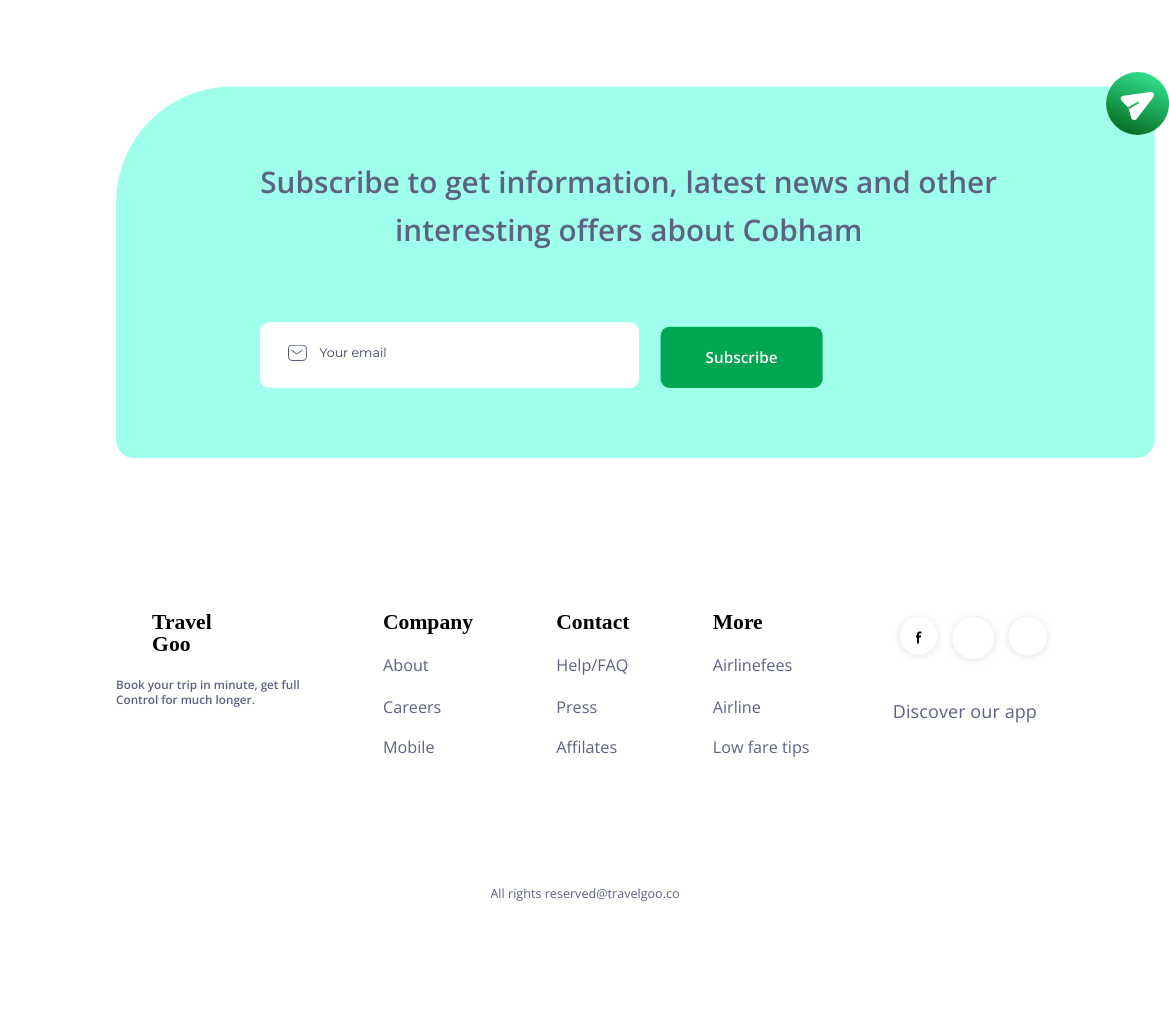
Repository: HeybetzadeQedim/task-5
Page: index.html
An editor plug-in stored every save of this project. The page is shown before and after a run of saves, followed by the edit.
The browser window is 1280 px wide. The page is 1299 px wide, so the pictures cover 1299 px, including what lies to the right of the window. The pictures show the whole page, at 90% of full size.
Some web fonts or font styles are not loaded; a fallback is used.

Above is the page before, as saved 2023-10-16 16:10:38.

### index.html
<!DOCTYPE html>
<html lang="en">
  <head>
    <meta charset="UTF-8" />
    <meta name="viewport" content="width=device-width, initial-scale=1.0" />
    <title>Document</title>
    <link rel="stylesheet" href="./index.css" />
  </head>
  <body>
    <div class="container">
      <div class="relative-container">
        <div class="box-container">
          <h1>
            Subscribe to get information, latest news and other interesting
            offers about Cobham
          </h1>

          <div class="flex-container">
            <div class="flex-container-2">
              <img src="images/Group 46.svg" />
              <p>Your email</p>
            </div>
            <div class="button-container">
              <p>Subscribe</p>
            </div>
          </div>
        </div>
        <div class="image-container">
          <img src="images/Group 77 (1).svg" />
        </div>
      </div>

      <div class="main-container">
        <div class="main-box">
          <div class="position-container">
            <h2>
              Travel<br />
              Goo
            </h2>
            <p>
              Book your trip in minute, get full<br />
              Control for much longer.
            </p>
          </div>


            <ul>
                <h2>Company</h2>
              <li>About</li>
              <li>Careers</li>
              <li>Mobile</li>
            </ul>

            <ul>
                <h2>Contact</h2>
              <li>Help/FAQ</li>
              <li>Press</li>
              <li>Affilates</li>
            </ul>
            <ul>
                <h2>More</h2>
              <li>Airlinefees</li>
              <li>Airline</li>
              <li>Low fare tips</li>
</ul>
          <div class="last-container">
            <div class="circle-box">
                <img src="images/Social.svg" />
                <img src="images/Background (1).svg" />
                <img src="images/Background (1).svg" />
            </div>
           <p>Discover our app</p>
            <!-- <img src="images/Play Store.svg" />
            <img src="images/Play Store.svg" /> -->
          </div>
        </div>
        <div class="footer-box">
          <p>All rights reserved@travelgoo.co</p>
        </div>
      </div>
    </div>
  </body>
</html>

### index.css
@import url("https://fonts.googleapis.com/css2?family=Laila:wght@700&family=Montserrat&family=Open+Sans:wght@400;600;700&display=swap");
* {
  padding: 0;
  margin: 0;
  box-sizing: border-box;
}
.container {
  padding: 96px 109px 64px 129px;
}
.box-container {
  padding: 79px 175px 78px 160px;
  border-radius: 0px 24px 0px 50px;
  display: inline-block;
  background: #9fffec;
  border-radius: 129px 20px 20px 20px;
}
.box-container h1 {
  width: 819px;
  color: var(--TEXT-CLR, #5e6282);
  text-align: center;
  font-family: Open Sans;
  font-size: 33px;
  font-style: normal;
  font-weight: 600;
  line-height: 54px; /* 163.636% */
}
.box-container img:first-child {
  width: 70px;
  height: 70px;
}
.image-container {
  position: absolute;
  top: -16px;
  right: 0;
}
.relative-container {
  width: 1170px;
  position: relative;
  margin-bottom: 170px;
}
.flex-container {
  display: flex;
}
.flex-container-2 {
  margin-top: 75px;
  padding: 25px 0 25px 31px;
  width: 421px;
  display: flex;
  border-radius: 10px;
  background: var(--white, #fff);
}
.flex-container-2 img:first-child {
  width: 21px;
  height: 18px;
}
.flex-container-2 p {
  margin-left: 14px;
  color: var(--TEXT-COLOR, #39425d);
  font-family: Montserrat;
  font-size: 14px;
  font-style: normal;
  font-weight: 400;
  line-height: normal;
}
.button-container p {
  margin-top: 80px;
  margin-left: 24px;
  padding: 22px 50px 23px 50px;
  border-radius: 10px;
  background-color: #00a651;
  display: inline-block;
  color: var(--white, #fff);
  text-align: center;
  font-family: Open Sans;
  font-size: 17px;
  font-style: normal;
  font-weight: 600;
  line-height: normal;
}
.main-container .main-box{
  display: flex;
  justify-content: space-between;
}
.position-container {
  /* position: absolute; */
}
.main-container h2 {
  margin-bottom: 25px;
  /* margin-left: 40px; */
  color: #000;
  font-family: Laila;
  font-size: 24px;
  font-style: normal;
  font-weight: 700;
  line-height: 102.5%;
}
.position-container h2{
  margin-left: 40px;
}
.main-container p {
  color: var(--TEXT-CLR, #5e6282);
  font-family: Open Sans;
  font-size: 13px;
  font-style: normal;
  font-weight: 600;
  line-height: 124.5%;
}
ul  h2{
  margin-bottom: 47px;
}


 ul li  {
  margin-bottom: 23px;
  list-style-type: none;
  color: var(--TEXT-CLR, #5e6282);
  font-family: Open Sans;
  font-size: 18px;
  font-style: normal;
  font-weight: 400;
  line-height: 124.5%;
}




.last-container p {
  /* margin-right: 160px; */
  margin-bottom: 22px;
  margin-top: 37px;
  color: var(--TEXT-CLR, #5e6282);
  font-family: Open Sans;
  font-size: 20px;
  font-style: normal;
  font-weight: 400;
  line-height: 124.5%;
  letter-spacing: 0.1px;
}
.last-container .circle-box img:first-child {
  width: 58px;
  height: 58px;
}
.last-container .circle-box img:nth-child(2) {
  width: 63px;
  height: 63px;
}
.last-container  .circle-box img:nth-child(3) {
  /* margin-right: 150px; */
  width: 58px;
  height: 58px;
}


.footer-container p {
  color: var(--3rd, #e5e5e5);
  font-family: Roboto;
  font-size: 22px;
  font-style: normal;
  font-weight: 400;
  line-height: normal;
}
.footer-box p {
  margin-top: 120px;
  margin-bottom: 64px;
  text-align: center;
  color: var(--TEXT-CLR, #5e6282);
  font-family: Open Sans;
  font-size: 14px;
  font-style: normal;
  font-weight: 400;
  line-height: 124.5%;
}
.flex-box {
  display: flex;
}
.flex-box-2 {
  margin-right: 22px;
  margin-left: 22px;
}
.flex-box-3 {
  margin-right: 22px;
}
.flex-box-4 {
  margin-left: 22px;
  margin-right: 22px;
}
.flex-box-5 {
  margin-right: 22px;
}
.circle-box {
  display: flex;
}

After the next 2 saves:
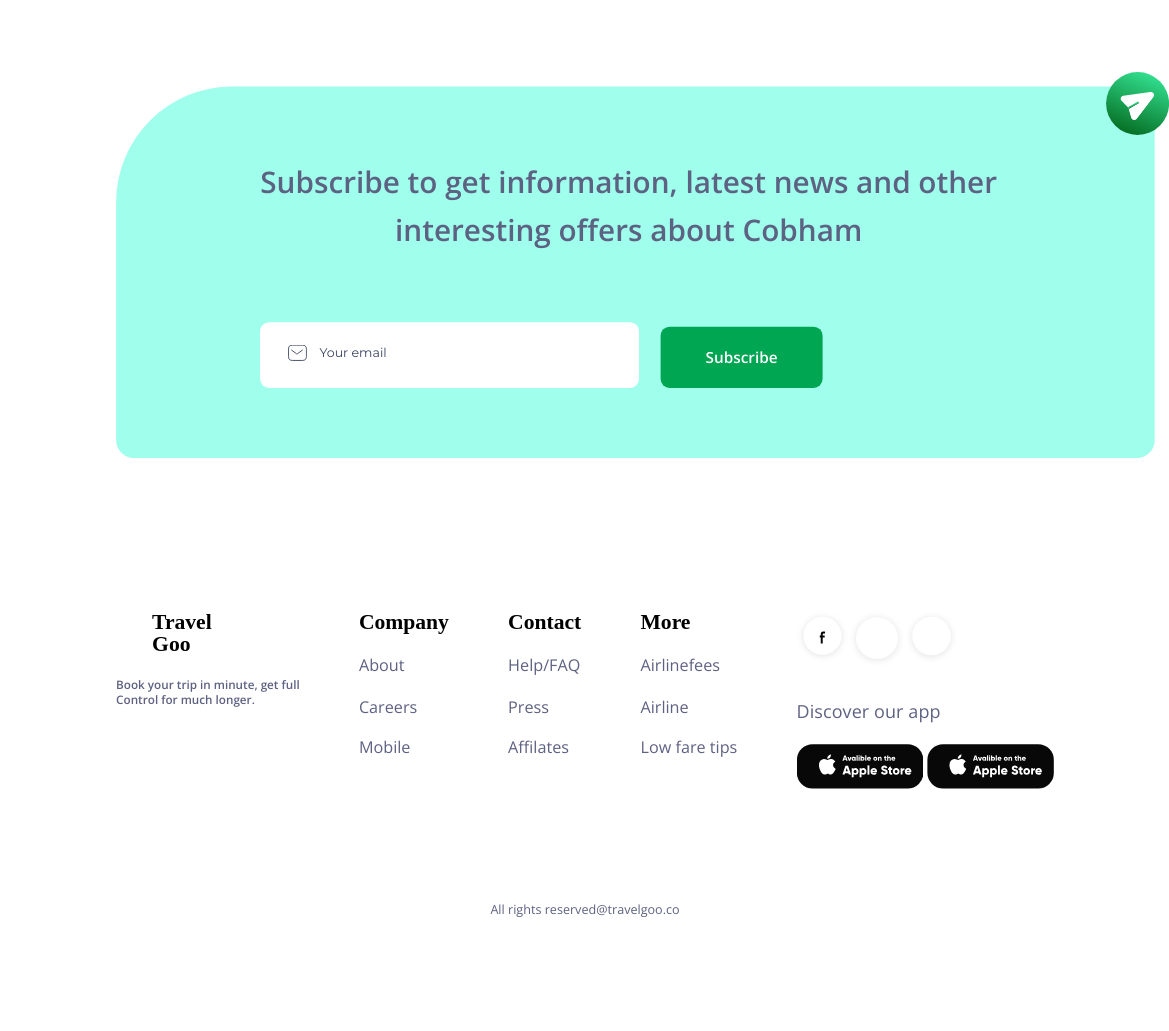
The 2 saves are shown as one change because they came seconds apart.
The last was saved 41 s later.
--- a/index.html
+++ b/index.html
@@ -70,8 +70,10 @@
                 <img src="images/Background (1).svg" />
             </div>
            <p>Discover our app</p>
-            <!-- <img src="images/Play Store.svg" />
-            <img src="images/Play Store.svg" /> -->
+      <div class="buttons-box">
+              <img src="images/Play Store.svg" />
+            <img src="images/Play Store.svg" />
+      </div>
           </div>
         </div>
         <div class="footer-box">
